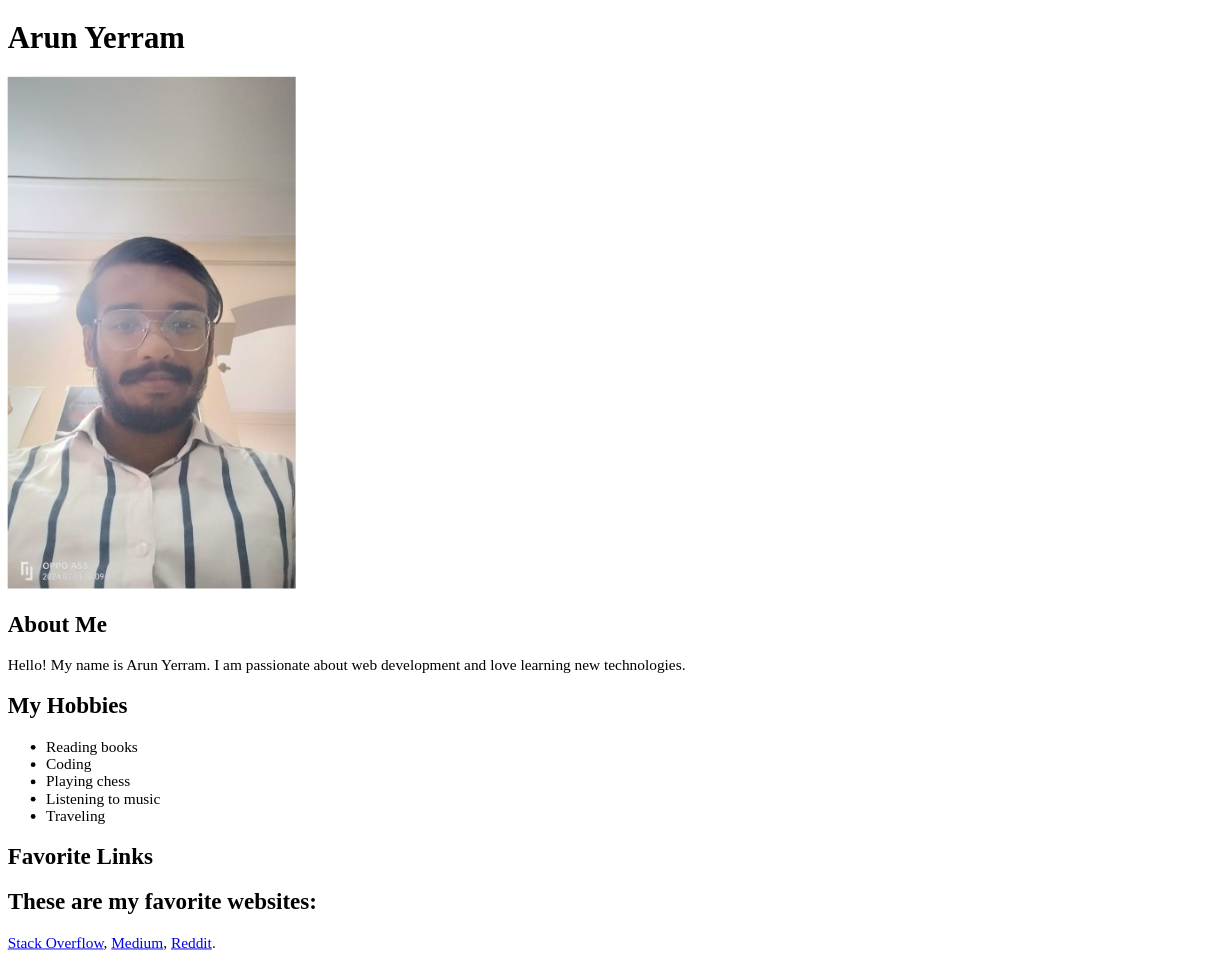
Repository: arunyerram/Web-TEChnologies
Page: Exercise2.html
The author's editor kept a copy of each file at every save. The page is drawn from the files as they stood at one save, then again after the next save.
The browser window is 1280 px wide. The pictures show the whole page, at 96% of full size.

Above is the page before, as saved 2025-02-12 17:22:58.

After the next save:
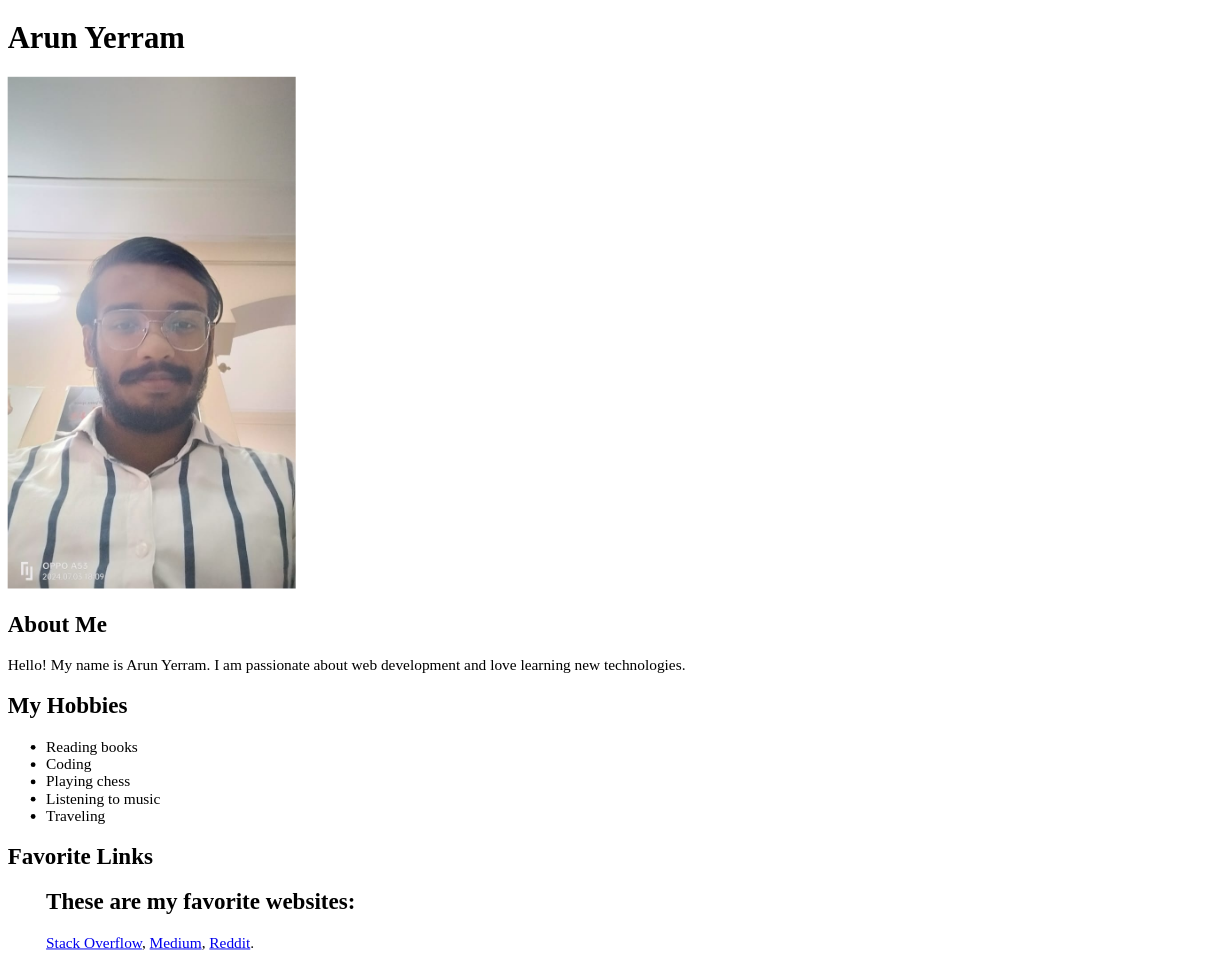
Saved 40 s later.
--- a/Exercise2.html
+++ b/Exercise2.html
@@ -27,12 +27,12 @@
 
     <h2>Favorite Links</h2>
 
-    <p>
+    <ul>
         <h2>These are my favorite websites:</h2>
         <a href="https://www.stackoverflow.com" target="_blank">Stack Overflow</a>,
         <a href="https://www.medium.com" target="_blank">Medium</a>,
         <a href="https://www.reddit.com" target="_blank">Reddit</a>.
-    </p>
+    </ul>
 
 </body>
 </html>
